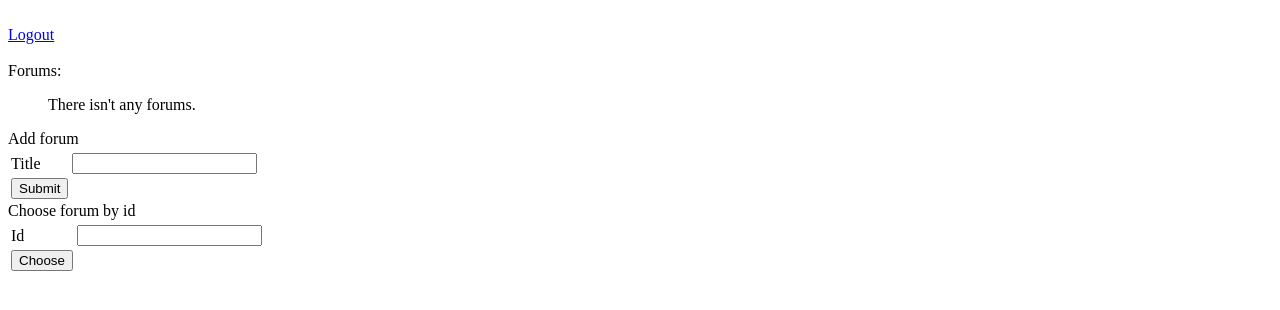
Repository: TeodorZlatev/Homework
Page: http://localhost/Web/forum.jsp
An editor plug-in stored every save of this project. The page is shown before and after the next save, followed by the edit.
The browser window is 1280 px wide. The pictures show the whole page.
The page is served by Tomcat 9. Queries for data that is not in the repository find no rows.

Above is the page before, as saved 2016-04-25 15:19:25.

After the next save:
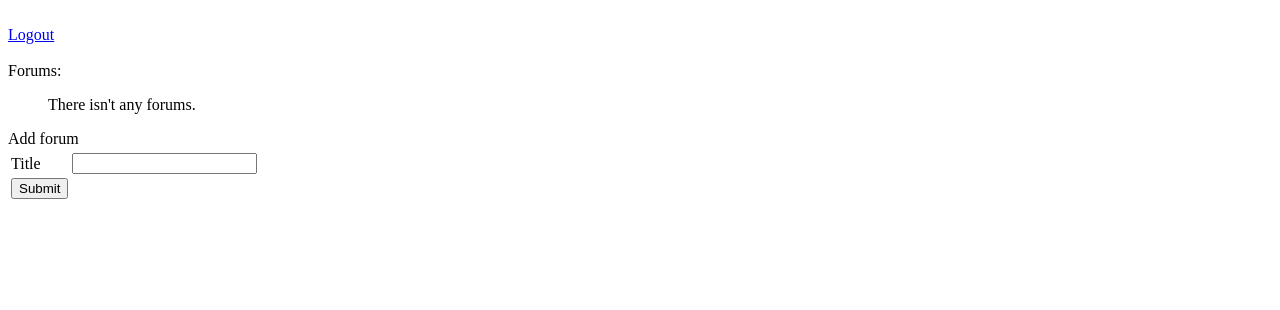
Saved 9 s later.
--- a/HomeworkWeb/Web/WebContent/forum.jsp
+++ b/HomeworkWeb/Web/WebContent/forum.jsp
@@ -44,19 +44,6 @@
 			</tr>
 		</table>
 	</form>
-	<form action="addForum" method="post">
-		<table>
-			<tr>Choose forum by id
-			</tr>
-			<tr>
-				<td>Id</td>
-				<td><input type="text" name="forumId" /></td>
-			</tr>
 
-			<tr>
-				<td><input type="submit" value="Choose" /></td>
-			</tr>
-		</table>
-	</form>
 </body>
 </html>
